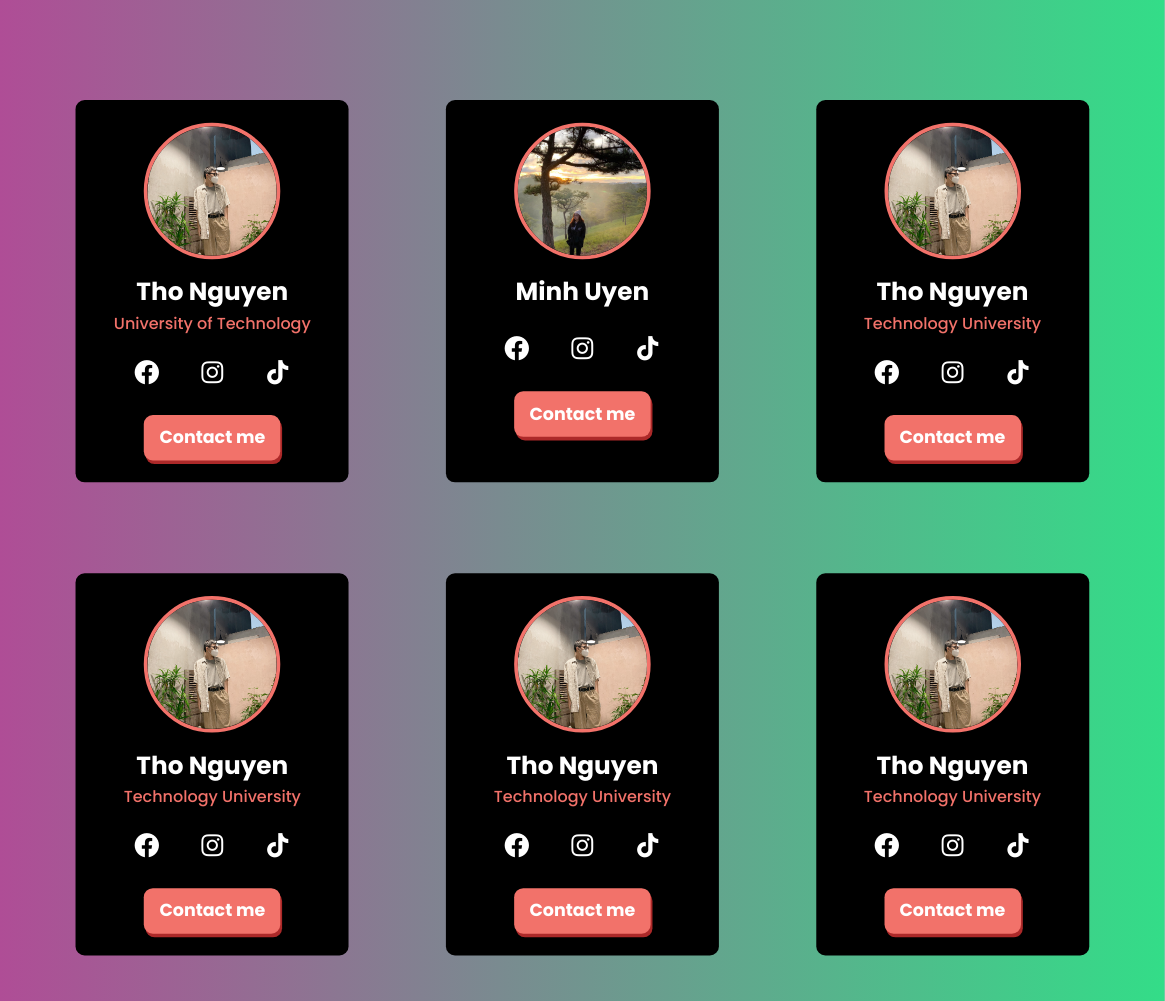
Repository: lausamtuong/profileCard
Page: index.html
These files come from the project's save history. The page is drawn as it stood at one moment and after a run of saves; the edit follows.
The browser window is 1280 px wide. The pictures show the whole page, at 91% of full size.
The style sheet was rebuilt from its Sass, Less or Tailwind sources for each picture, by a compiler version that may differ from the author's.

Above is the page before, as saved 2021-12-14 18:29:53.

### index.html
<!DOCTYPE html>
<html lang="en">
<head>
    <meta charset="UTF-8">
    <meta http-equiv="X-UA-Compatible" content="IE=edge">
    <meta name="viewport" content="width=device-width, initial-scale=1.0">
    <link rel="stylesheet" href="style.css">
    <link href="https://fonts.googleapis.com/css2?family=Lato:ital,wght@1,700;1,900&family=Poppins:wght@400;500;700&display=swap" rel="stylesheet">
    <link href='https://unpkg.com/boxicons@2.1.1/css/boxicons.min.css' rel='stylesheet'>

    <title>Document</title>
</head>
<body background="snow.jpg">
    <div class="card__list">
        <div class="card__item">

            <div class="card__image">
                <img src="tho.jpg" alt="">
            </div>
            <div class="card__name">Tho Nguyen</div>
            <div class="card__school">University of Technology </div>
            <div class="card__social">
                <a href="https://www.facebook.com/profile.php?id=100013469562736">
                    <i class='bx bxl-facebook-circle'></i>
                </a>
                <a href=""> <i class='bx bxl-instagram' ></i></a>
                <a href=""> <i class='bx bxl-tiktok'></i></a>

            </div>
            <div class="card__btn">Contact me</div>
        </div>
        <div class="card__item">

            <div class="card__image">
                <img src="uyen.jpg" alt="">
            </div>
            <div class="card__name">Minh Uyen</div>
            <div class="card__school"></div>
            <div class="card__social">
                <a href="https://www.facebook.com/profile.php?id=100013469562736">
                    <i class='bx bxl-facebook-circle'></i>
                </a>
                <a href=""> <i class='bx bxl-instagram' ></i></a>
                <a href=""> <i class='bx bxl-tiktok'></i></a>

            </div>
            <div class="card__btn">Contact me</div>
        </div>
        <div class="card__item">

            <div class="card__image">
                <img src="tho.jpg" alt="">
            </div>
            <div class="card__name">Tho Nguyen</div>
            <div class="card__school">Technology University</div>
            <div class="card__social">
                <a href="https://www.facebook.com/profile.php?id=100013469562736">
                    <i class='bx bxl-facebook-circle'></i>
                </a>
                <a href=""> <i class='bx bxl-instagram' ></i></a>
                <a href=""> <i class='bx bxl-tiktok'></i></a>

            </div>
            <div class="card__btn">Contact me</div>
        </div>
        <div class="card__item">

            <div class="card__image">
                <img src="tho.jpg" alt="">
            </div>
            <div class="card__name">Tho Nguyen</div>
            <div class="card__school">Technology University</div>
            <div class="card__social">
                <a href="https://www.facebook.com/profile.php?id=100013469562736">
                    <i class='bx bxl-facebook-circle'></i>
                </a>
                <a href=""> <i class='bx bxl-instagram' ></i></a>
                <a href=""> <i class='bx bxl-tiktok'></i></a>

            </div>
            <div class="card__btn">Contact me</div>
        </div>
        <div class="card__item">

            <div class="card__image">
                <img src="tho.jpg" alt="">
            </div>
            <div class="card__name">Tho Nguyen</div>
            <div class="card__school">Technology University</div>
            <div class="card__social">
                <a href="https://www.facebook.com/profile.php?id=100013469562736">
                    <i class='bx bxl-facebook-circle'></i>
                </a>
                <a href=""> <i class='bx bxl-instagram' ></i></a>
                <a href=""> <i class='bx bxl-tiktok'></i></a>

            </div>
            <div class="card__btn">Contact me</div>
        </div>
        <div class="card__item">

            <div class="card__image">
                <img src="tho.jpg" alt="">
            </div>
            <div class="card__name">Tho Nguyen</div>
            <div class="card__school">Technology University</div>
            <div class="card__social">
                <a href="https://www.facebook.com/profile.php?id=100013469562736">
                    <i class='bx bxl-facebook-circle'></i>
                </a>
                <a href=""> <i class='bx bxl-instagram' ></i></a>
                <a href=""> <i class='bx bxl-tiktok'></i></a>

            </div>
            <div class="card__btn">Contact me</div>
        </div>


    </div>
</body>
</html>

### style.scss
*{
    margin: 0;
    padding: 0;
    box-sizing: border-box;
}
html{
    font-family: 'Poppins', sans-serif;
}
:root {
    --pink-color: #f2726a;
  }
body{
    height: 100vh;
    background-image: linear-gradient(to right, #af4d96, #3d8);
}
.card{

    &__list{
        margin: 120px auto;
      display: flex;
      flex-wrap: wrap;
      justify-content: space-around;
      margin: 60px 30px;

    }
    &__item{
        width:300px;
        height:420px;
        background-color: #000;
        margin: 50px 20px;
        border-radius: 10px;
    }
    &__image{
        width: 150px;
        height: 150px;
        overflow: hidden;
        transition: 0.25s;
        margin: 0 auto;
        transform: translateY(25px);
        border-radius: 50%;
        border: 4px solid var(--pink-color);

        cursor: pointer;
        &:hover{
            width: 100%;
            height: 100%;
            border-radius: unset;
            border: unset;
            transform: unset;
           img{
               border-radius: 10px;
           }
             }
        }
      &__name{
          color:#fff;
          font-weight: 700;
          font-size: 1.7rem;
          text-align: center;
          margin-top: 40px;
      }
      &__school{
          font-weight: 500;
          font-size: 1.1rem;
          text-align: center;
          color:var(--pink-color)
      }
      &__social{

          font-size: 2rem;
          display:flex;
          justify-content: center;
          margin:20px;
          a{
              margin: 0 20px;
              color:#fff;
          }
      }
      &__btn{
          width:150px;
          height: 50px;

          background-color:var(--pink-color);
          border-radius: 10px;
          margin:0 auto;
          margin-top: 20px;
          font-weight: 700;
          font-size: 1.2rem;
          text-align: center;
            padding-top:10px;
            color:#fff;
            box-shadow: 2px 4px 0 0 rgb(172, 41, 41);
            cursor:pointer;
            &:hover{
                opacity:0.9;
            }
            &:active{
                transform: translateY(2px) ;
                box-shadow: 2px 2px 0 0 rgb(172, 41, 41);
            }
      }
    }
img{
        width: 100%;
        height: 100%;
        object-fit: cover;
        object-position: center;
    }

.card__image:hover  ~.card__name,
.card__image:hover ~.card__school,
.card__image:hover ~.card__social,
.card__image:hover ~.card__btn
{
    display:none;
}

After the next 2 saves:
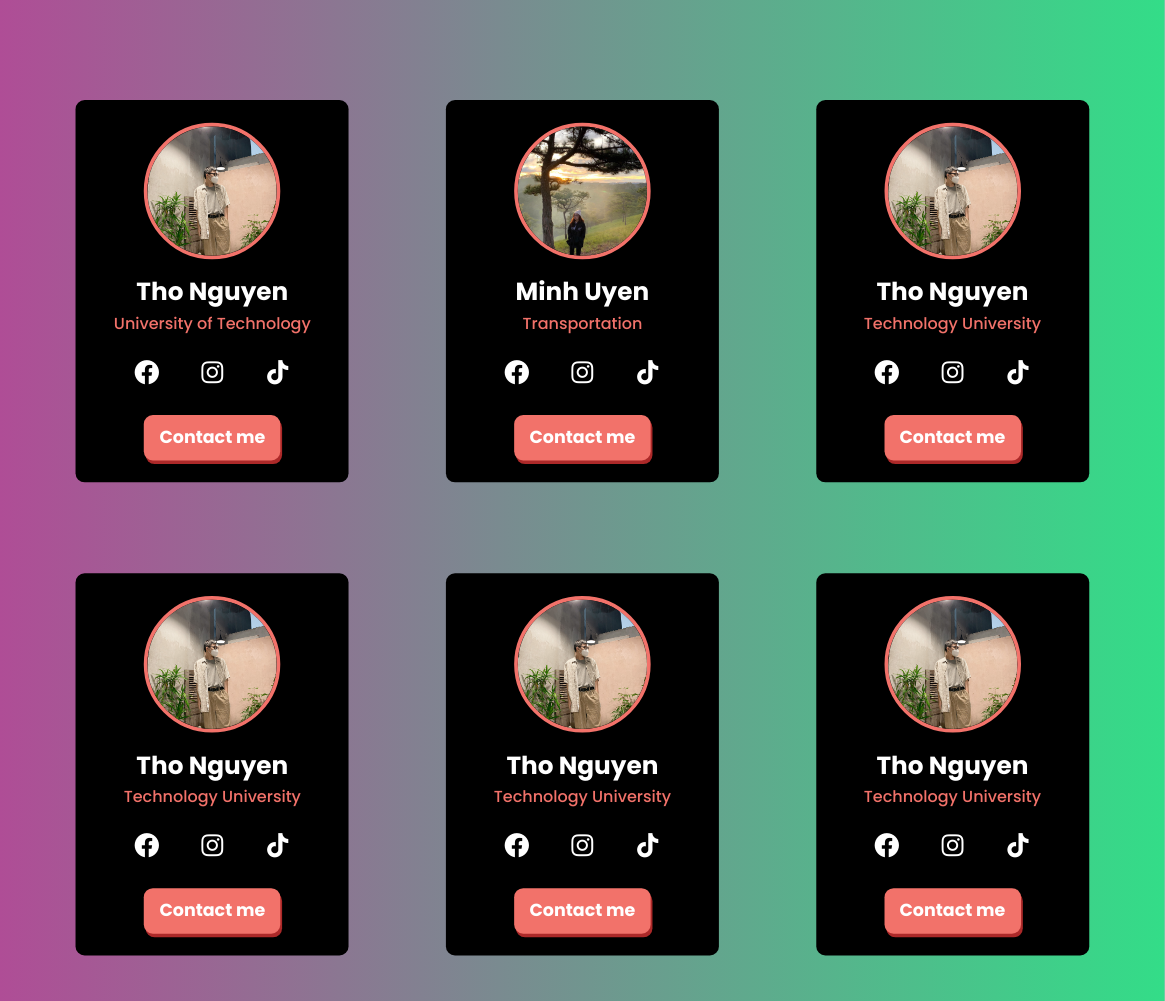
The 2 saves are shown as one change because they came seconds apart.
The last was saved 25 s later.
--- a/index.html
+++ b/index.html
@@ -35,7 +35,7 @@
                 <img src="uyen.jpg" alt="">
             </div>
             <div class="card__name">Minh Uyen</div>
-            <div class="card__school"></div>
+            <div class="card__school">Transportation</div>
             <div class="card__social">
                 <a href="https://www.facebook.com/profile.php?id=100013469562736">
                     <i class='bx bxl-facebook-circle'></i>
